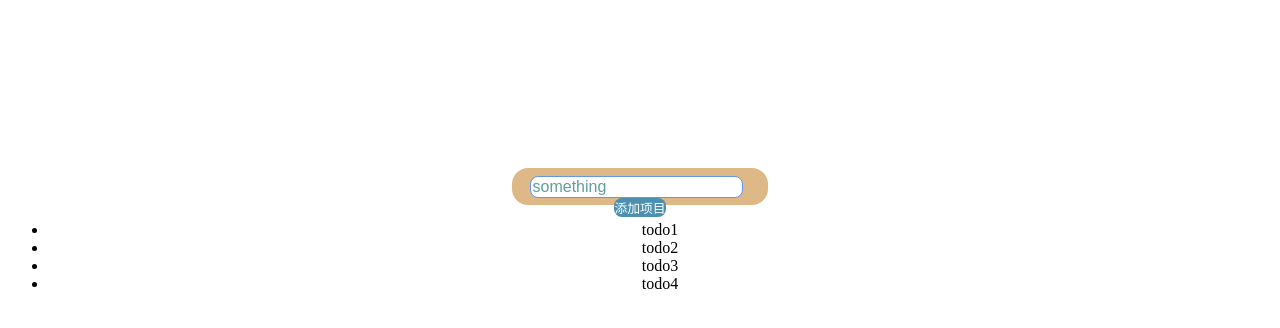
Repository: ArtemisWang/todolistProject
Page: /
The author's editor kept a copy of each file at every save. The page is drawn from the files as they stood at one save, then again after the next save.
The browser window is 1280 px wide. The pictures show the whole page.
The project was rebuilt for these pictures with package versions that can differ from the ones it lists, and the page was loaded fresh each time.

Above is the page before, as saved 2020-02-28 21:51:40.

After the next save:
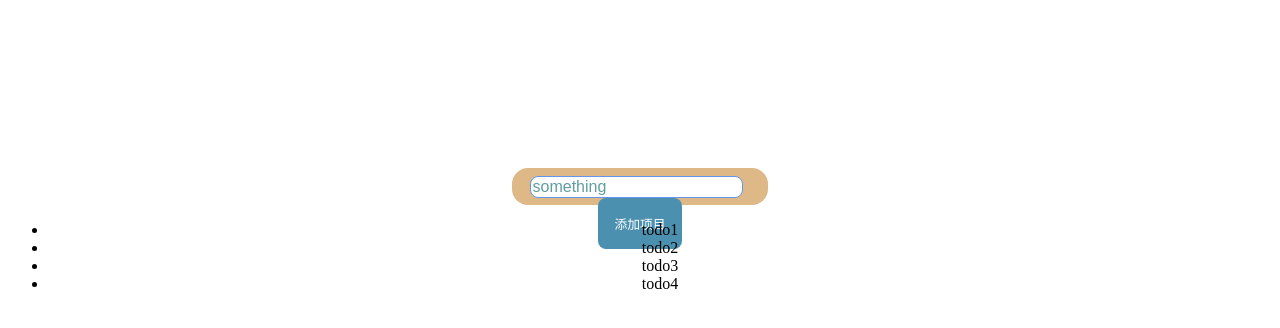
Saved 14 s later.
--- a/src/App.css
+++ b/src/App.css
@@ -29,7 +29,7 @@
     background-color: rgb(76, 144, 175);
     border: none;
     color: white;
-    padding: 0;
+    padding: 1rem;
     text-align: center;
     text-decoration: none;
     display: inline-block;
